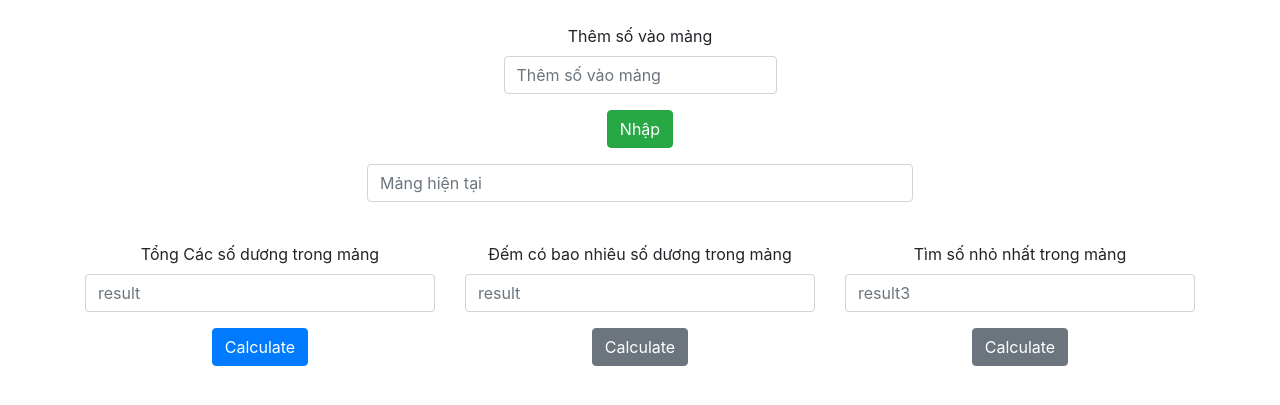
Repository: baobaodeveloper/bootcamp21__array__HuynhAnhBao
Page: index.html
An editor plug-in stored every save of this project. The page is shown before and after the next save, followed by the edit.
The browser window is 1280 px wide. The pictures show the whole page.

Above is the page before, as saved 2022-03-20 17:06:15.

After the next save:
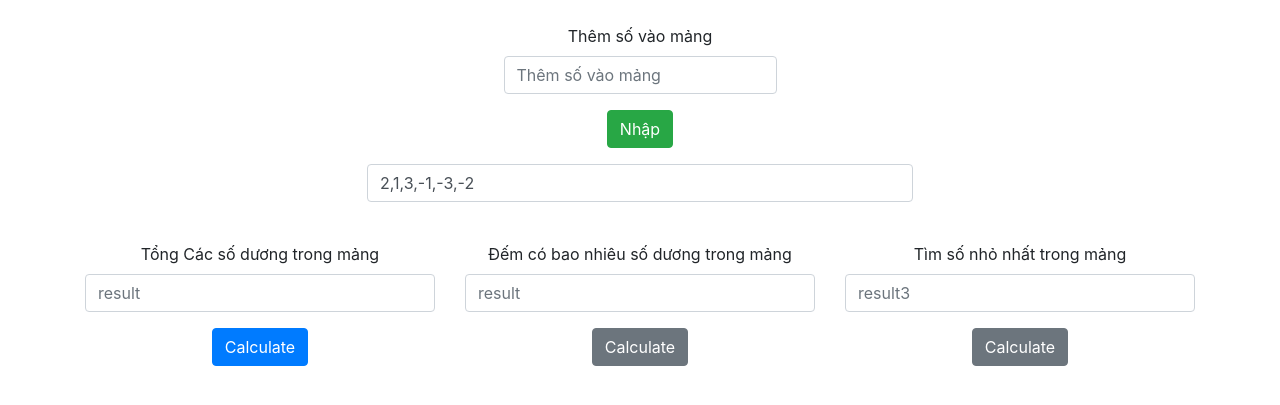
Saved 97 s later.
--- a/app.js
+++ b/app.js
@@ -1,11 +1,12 @@
-const number = document.getElementById("number");
-let arr = [];
-document.getElementById("input").addEventListener("click", () => {
-  const numberValue = number.value;
-  if (!numberValue) return;
+// const number = document.getElementById("number");
+// let arr = [];
+// document.getElementById("input").addEventListener("click", () => {
+//   const numberValue = number.value;
+//   if (!numberValue) return;
 
-  arr.push(+numberValue);
-  number.value = "";
-  console.log(arr);
-  document.getElementById("array-current").value = arr.join(" - ");
-});
+//   arr.push(+numberValue);
+//   number.value = "";
+//   console.log(arr);
+//   document.getElementById("array-current").value = arr.join(" - ");
+// });
+document.getElementById("array-current").value = [2, 1, 3, -1, -3, -2];
